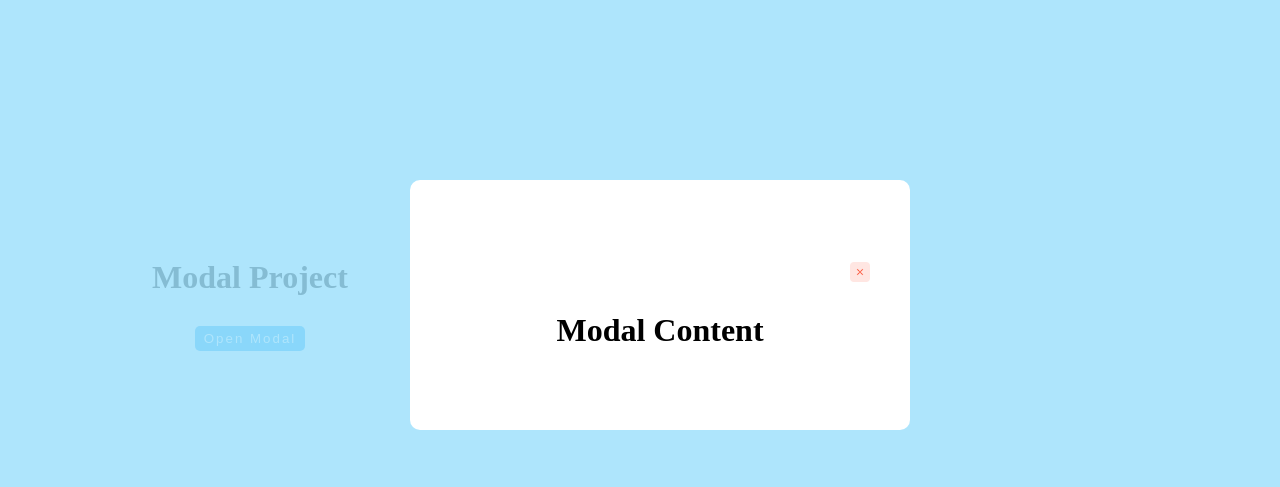
Repository: Trapti10/20-js-practice-projects-in-7-days-challenge
Page: Project_4_Modal_Project/index.html
An editor plug-in stored every save of this project. The page is shown before and after the next save, followed by the edit.
The browser window is 1280 px wide. The pictures show the whole page.

Above is the page before, as saved 2025-11-24 13:53:09.

After the next save:
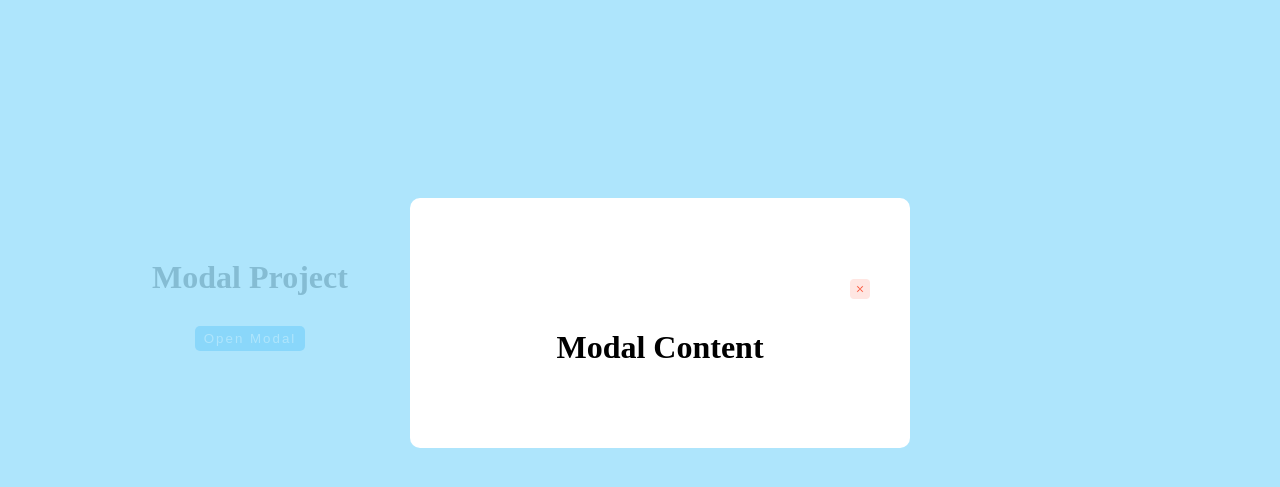
Saved 22 s later.
--- a/Project_4_Modal_Project/style.css
+++ b/Project_4_Modal_Project/style.css
@@ -72,7 +72,7 @@ button:hover{
     background: white;
     min-height: 250px;
     min-width: 500px;
-    position: fixed;
+    /* position: fixed; */
     display: flex;
     justify-content: center;
     align-items:center ;
